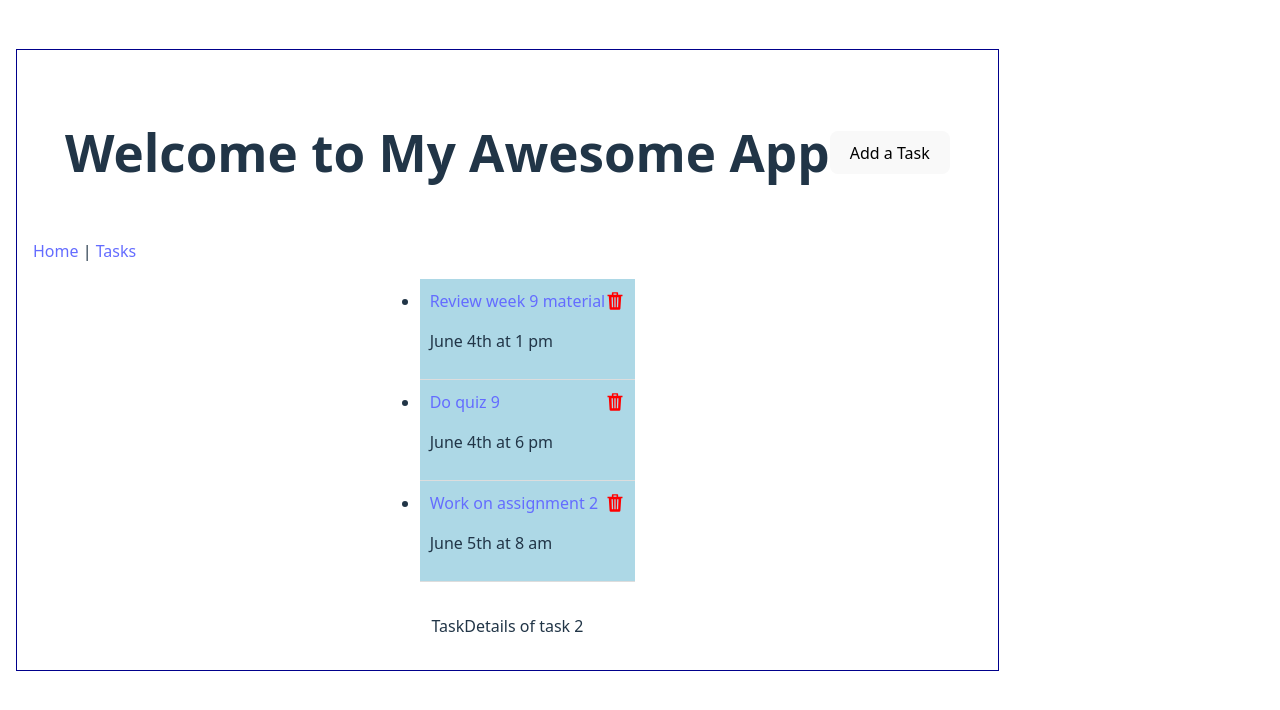
Repository: liulian26/CS5610
Page: /tasks/2 (app in week9/my-vite-app/)
These files come from the project's save history. The page is drawn as it stood at one moment and after the next save; the edit follows.
The browser window is 1280 px wide. The pictures show the whole page.
The project was rebuilt for these pictures with package versions that can differ from the ones it lists, and the page was loaded fresh each time. Requests to the local data server were answered from the project's data file. Also part of the build but not shown: week9/my-vite-app/vite.config.js, week9/my-vite-app/src/components /AddTask.jsx.

Above is the page before, as saved 2025-03-27 12:08:39.

### week9/my-vite-app/index.html
<!DOCTYPE html>
<html lang="en">
  <head>
    <meta charset="UTF-8" />
    <link rel="icon" type="image/svg+xml" href="/vite.svg" />
    <meta name="viewport" content="width=device-width, initial-scale=1.0" />
    <title>My Awsome App</title>
  </head>
  <body>
    <div id="root"></div>
    <script type="module" src="/src/main.jsx"></script>
  </body>
</html>

### week9/my-vite-app/src/main.jsx
import { StrictMode } from 'react'
import { createRoot } from 'react-dom/client'
import { BrowserRouter} from 'react-router'
import './index.css'
import App from './App.jsx'

createRoot(document.getElementById('root')).render(
  <BrowserRouter>
    <StrictMode>
      <App />
    </StrictMode>
  </BrowserRouter>
)

### week9/my-vite-app/src/index.css
:root {
  font-family: system-ui, Avenir, Helvetica, Arial, sans-serif;
  line-height: 1.5;
  font-weight: 400;

  color-scheme: light dark;
  color: rgba(255, 255, 255, 0.87);
  background-color: #242424;

  font-synthesis: none;
  text-rendering: optimizeLegibility;
  -webkit-font-smoothing: antialiased;
  -moz-osx-font-smoothing: grayscale;
}

a {
  font-weight: 500;
  color: #646cff;
  text-decoration: inherit;
}
a:hover {
  color: #535bf2;
}

body {
  margin: 0;
  display: flex;
  place-items: center;
  min-width: 320px;
  min-height: 100vh;
}

h1 {
  font-size: 3.2em;
  line-height: 1.1;
}

button {
  border-radius: 8px;
  border: 1px solid transparent;
  padding: 0.6em 1.2em;
  font-size: 1em;
  font-weight: 500;
  font-family: inherit;
  background-color: #1a1a1a;
  cursor: pointer;
  transition: border-color 0.25s;
}
button:hover {
  border-color: #646cff;
}
button:focus,
button:focus-visible {
  outline: 4px auto -webkit-focus-ring-color;
}


.appContainer {
  display: flex;
  flex-direction: column;
  align-items: center;
  padding: 2em;
  border: darkblue 1px solid;
  padding: 1em;
  margin: 1em;
}

.headerContainer {
  display: flex;
  justify-content: space-between;
  align-items: center;
  padding: 1em 2em;
}

.taskContainer {
  display: flex;
  flex-direction: column;
  padding: 1em;
  background-color: lightblue;
}

@media (prefers-color-scheme: light) {
  :root {
    color: #213547;
    background-color: #ffffff;
  }
  a:hover {
    color: #747bff;
  }
  button {
    background-color: #f9f9f9;
  }
}

.taskContainer {
  list-style: none;
  padding: 10px;
  border-bottom: 1px solid #ddd;
}

.taskTileIconContainer {
  display: flex;
  align-items: center;
  justify-content: space-between;
}

.deleteIcon {
  color: red;
  font-size: 20px;
  cursor: pointer;
}

.deleteIcon:hover {
  color: darkred;
}

.form-control {
  margin: 20px 0;
  display: flex;
}

.form-control label {
  margin-right: 10px;
}

### week9/my-vite-app/src/App.jsx
import React, { useEffect, useState } from 'react';
import Header from './components /Header';
import TaskList from './components /TasksList';
import AddTask from './components /AddTask';
import TaskDetails from './components /TaskDetail';
import { Routes, Route, Link, Outlet } from "react-router";

export default function App() {
  const appName = "My Awesome App";
  const [tasks, setTasks] = useState([]);
  const [loading, setLoading] = useState(true);
  const [showForm, setShowForm] = useState(false);

  useEffect(() => {
    async function fetchData() {
      try {
        const response = await fetch("http://localhost:5001/tasks");
        const data = await response.json();
        setTasks(data);
      } catch (error) {
        console.error("Error fetching tasks:", error);
      } finally {
        setLoading(false);
      }
    }
    fetchData();
  }, []);

  const handleAddTask = async (newTask) => {
    try {
      const response = await fetch("http://localhost:5001/tasks", {
        method: "POST",
        headers: {
          "Content-Type": "application/json",
        },
        body: JSON.stringify(newTask),
      });

      if (response.ok) {
        const savedTask = await response.json();
        setTasks((prevTasks) => [...prevTasks, savedTask]);
      } else {
        console.error("Failed to add task");
      }
    } catch (error) {
      console.error("Error adding task:", error);
    }
  };

  const handleDelete = async (taskId) => {
    try {
      const response = await fetch(`http://localhost:5001/tasks/${taskId}`, {
        method: "DELETE",
      });

      if (response.ok) {
        setTasks((prevTasks) => prevTasks.filter((task) => task.id !== taskId));
      } else {
        console.error("Failed to delete task");
      }
    } catch (error) {
      console.error("Error deleting task:", error);
    }
  };

  const toggleForm = () => {
    setShowForm((prev) => !prev);
  };

  return (
    <div className="appContainer">
      <nav>
        <Header myAppName={appName} version={2} toggleForm={toggleForm} showForm={showForm} />
        <Link to="/">Home</Link> | <Link to="/tasks">Tasks</Link>
      </nav>
      <Routes>
        <Route
          path="/"
          element={
            <>
              {showForm && <AddTask onAddTask={handleAddTask} />}
              {loading ? <p>Loading...</p> : <p>Welcome to the Home Page!</p>}
            </>
          }
        />
        <Route
          path="/tasks"
          element={
            <>
              {showForm && <AddTask onAddTask={handleAddTask} />}
              {loading ? (
                <p>Loading...</p>
              ) : (
                <TaskList tasks={tasks} setTasks={setTasks} onDelete={handleDelete} />
              )}
              <Outlet />
            </>
          }
          >
            <Route path=":taskId" element={<TaskDetails />} />
          </Route>
        <Route
          path="*"
          element={<h1> NotFound </h1>}
        />
      </Routes>
    </div>
  );
}

### week9/my-vite-app/src/components /Header.jsx
import React from "react";


export default function Header({ myAppName, toggleForm, showForm }) {
    return (
        <div>
            <header className="headerContainer">
                <h1>Welcome to {myAppName}</h1>
                <button onClick={toggleForm} className="toggleFormBtn">
                {showForm ? "Close" : "Add a Task"}
                </button>
            </header>
        </div>
    );
}

### week9/my-vite-app/src/components /TasksList.jsx
import React,{useEffect, useState} from "react";
import Task from "./Task";


export default function TaskList({ tasks, setTasks, onDelete }){
  // const handleDelete = (taskId) => {
  //   setTasks((prevTasks) => prevTasks.filter((task) => task.id !== taskId));
  // };
  // const [tasks, setTasks] = useState([]);
  // useEffect(() => {
  //   fetch("http://localhost:5001/tasks")
  //   .then((response) => response.json())
  //   .then((data) => setTasks(data))
  //   .catch((error) => console.error("Error fetching tasks:", error));
  //   }, []);

    return(
      // <ul>
      //       {/* using array.map to render the tasks array titles
      //       for each element return an <li> */}
      //       {tasks.map((task) => {
      //         return <Task key={task.id} taskObj={task} />;
      //       })}
      //     </ul>
      <div>
      {tasks.length === 0 ? (
        <p>No tasks left!</p>
      ) : (
        <ul>
          {tasks.map((task) => (
            <Task key={task.id} taskObj={task} onDelete={onDelete} />
          ))}
        </ul>
      )}
    </div>
      );
}

### week9/my-vite-app/src/components /TaskDetail.jsx
import { useParams } from "react-router";

export default function TaskDetails() {
  const { taskId } = useParams();
  return <p>TaskDetails of task {taskId}</p>;
}

### week9/my-vite-app/src/components /Task.jsx
import React from "react";
import {IoTrashSharp} from "react-icons/io5";
import { NavLink } from "react-router";

export default function Task({ taskObj, onDelete }) {
  return (
    <li>
      <div className="taskContainer">
        <div className="taskTileIconContainer">
          <NavLink to={`/tasks/${taskObj.id}`}>
            {taskObj.title}
          </NavLink>

          <IoTrashSharp className="deleteIcon" onClick={() => onDelete(taskObj.id)}/>
        </div>
          <p>{taskObj.date}</p>
      </div>
    </li>
  );
}

### week9/my-vite-app/db.json
{
    "tasks": [
      {
        "id": 1,
        "title": "Review week 9 material",
        "date": "June 4th at 1 pm"
      },
      {
        "id": 2,
        "title": "Do quiz 9",
        "date": "June 4th at 6 pm"
      },
      {
        "id": 3,
        "title": "Work on assignment 2",
        "date": "June 5th at 8 am"
      }
    ]
  }

After the next save:
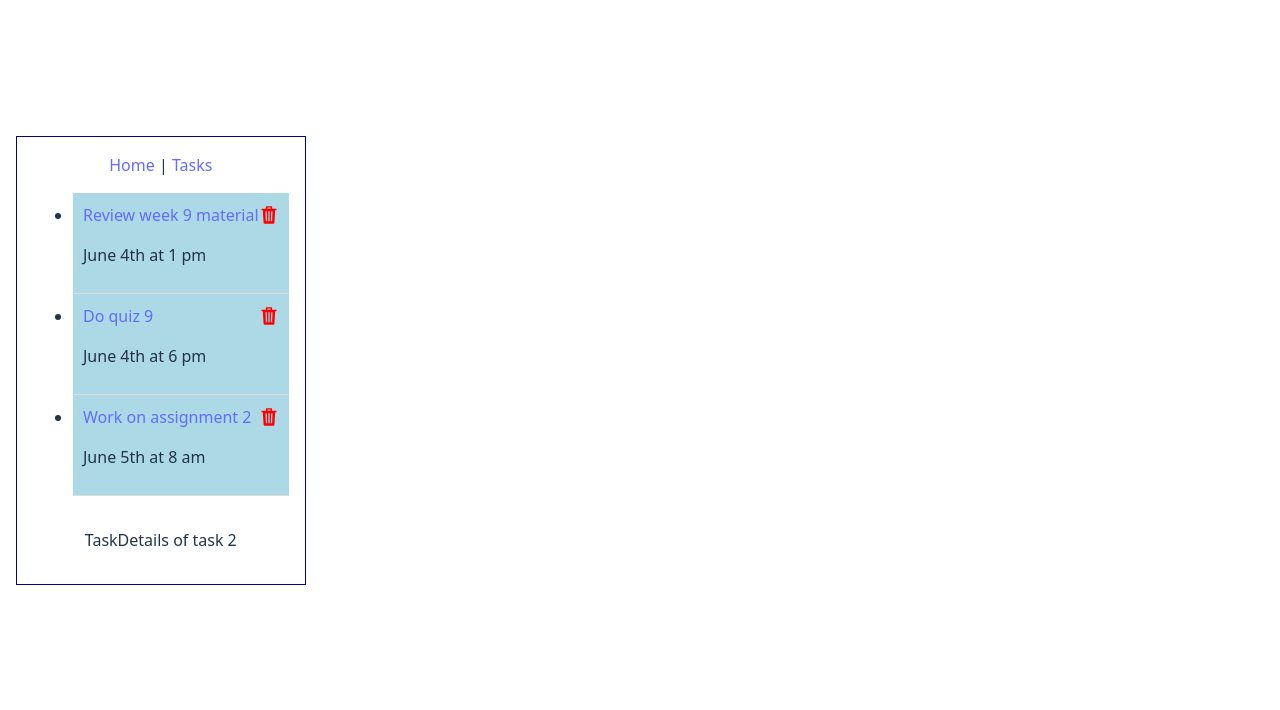
Saved 79 s later.
--- a/week9/my-vite-app/src/App.jsx
+++ b/week9/my-vite-app/src/App.jsx
@@ -70,7 +70,6 @@
   return (
     <div className="appContainer">
       <nav>
-        <Header myAppName={appName} version={2} toggleForm={toggleForm} showForm={showForm} />
         <Link to="/">Home</Link> | <Link to="/tasks">Tasks</Link>
       </nav>
       <Routes>

After the save that followed:
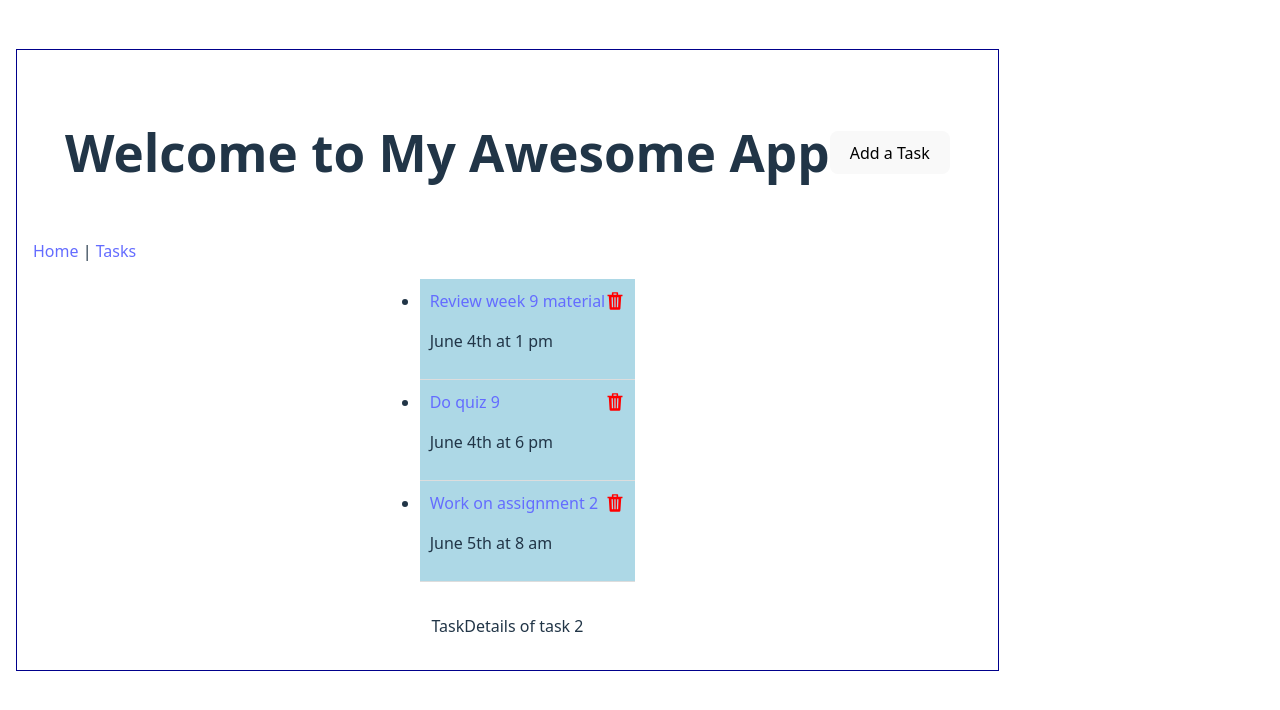
Saved 8 s later.
--- a/week9/my-vite-app/src/App.jsx
+++ b/week9/my-vite-app/src/App.jsx
@@ -70,6 +70,7 @@
   return (
     <div className="appContainer">
       <nav>
+        <Header myAppName={appName} version={2} toggleForm={toggleForm} showForm={showForm} />
         <Link to="/">Home</Link> | <Link to="/tasks">Tasks</Link>
       </nav>
       <Routes>
